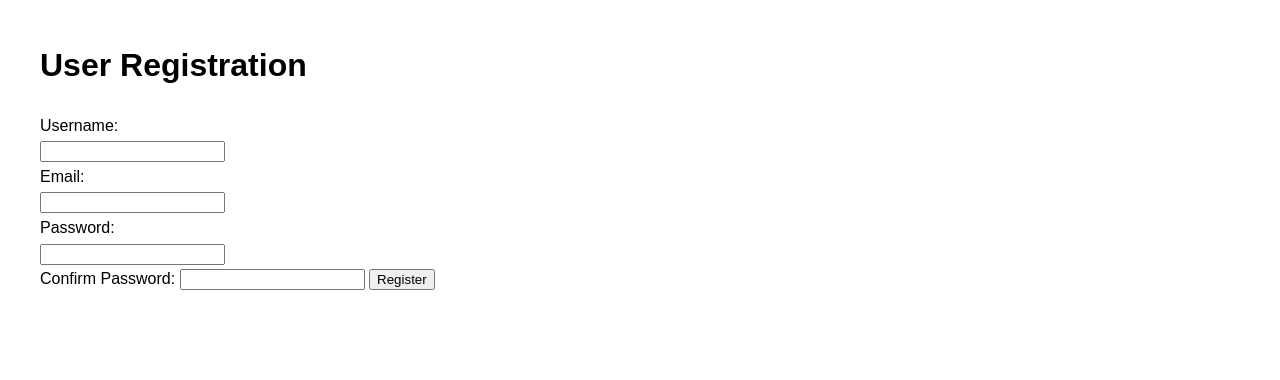
Repository: margo-m-chen/group_project
Page: user_registration.html
These files come from the project's save history. The page is drawn as it stood at one moment and after the next save; the edit follows.
The browser window is 1280 px wide. The pictures show the whole page.

Above is the page before, as saved 2025-07-21 15:06:42.

### user_registration.html
<!DOCTYPE html>
<html lang="en">

<head>
    <meta charset="UTF-8">
    <meta name="viewport" content="width=device-width, initial-scale=1.0">
    <title>User Registration</title>
    <link rel="stylesheet" href="style.css">
    <style>
        .error-message {
            color: red;
            font-size: 14px;
            margin-top: 5px;
            display: none;
        }

        .error-input {
            border: 2px solid red;
        }
    </style>
</head>

<body>
    <h1>User Registration</h1>
    <form id="regForm" action="register.form" method="POST" onsubmit="return validateForm()">
        <label for="username">Username:</label><br>
        <input type="text" id="username" name="username" required><br>


        <label for="email">Email:</label><br>
        <input type="email" id="email" name="email" required><br>


        <label for="password">Password:</label><br>
        <input type="password" id="password" name="password" required><br>
        <div class="error-message" id="password-error"></div>

        <label for="confirm_password">Confirm Password:</label>
        <input type="password" id="confirm_password" name="confirm_password" required>
        <div class="error-message" id="confirm-password-error"></div>

        <button type="submit">Register</button>
    </form>
    <script>
        function validateForm() {
            let hasError = false;
            // 先清除所有错误提示
            clearErrors();

            const password = document.getElementById('password').value;
            const confirmPassword = document.getElementById('confirm_password').value;

            // 验证密码长度
            if (password.length < 8) {
                showError('password', 'password-error', '密码长度至少8位');
                hasError = true;
            }
            // 验证密码匹配
            if (password !== confirmPassword) {
                showError('confirm_password', 'confirm-password-error', '两次密码输入不一致');
                hasError = true;
            }

            return !hasError;
        }

        function showError(inputId, messageId, message) {
            const input = document.getElementById(inputId);
            const errorDiv = document.getElementById(messageId);
            input.classList.add('error-input');
            errorDiv.style.display = 'block';
            errorDiv.innerText = message;
        }

        function clearErrors() {
            const errorInputs = document.querySelectorAll('.error-input');
            errorInputs.forEach(input => input.classList.remove('error-input'));

            const errorMessages = document.querySelectorAll('.error-message');
            errorMessages.forEach(div => {
                div.style.display = 'none';
                div.innerText = '';
            });
        }
    </script>

</body>

</html>

### style.css
body {
    font-family: Arial, sans-serif;
    margin: 40px;
    line-height: 1.6;

}

h2 {
    color: #15c60b;
}

p {
    font-family: Arial, Helvetica, sans-serif;
}

/* Image Slider Styles */
.slider-container {
    position: relative;
    max-width: 600px;
    margin: 20px auto;
    overflow: hidden;
    border-radius: 10px;
    box-shadow: 0 4px 8px rgba(0, 0, 0, 0.3);
}

.slider {
    display: flex;
    transition: transform 0.5s ease-in-out;
}

.slide {
    min-width: 100%;
    height: 400px;
}

.slide img {
    width: 100%;
    height: 100%;
    object-fit: cover;
}

.prev,
.next {
    position: absolute;
    top: 50%;
    transform: translateY(-50%);
    background-color: rgba(0, 0, 0, 0.5);
    color: white;
    border: none;
    padding: 16px;
    cursor: pointer;
    font-size: 18px;
    border-radius: 0 3px 3px 0;
    user-select: none;
}

.next {
    right: 0;
    border-radius: 3px 0 0 3px;
}

.prev:hover,
.next:hover {
    background-color: rgba(0, 0, 0, 0.8);
}

.dots-container {
    text-align: center;
    padding: 20px;
}

.dot {
    cursor: pointer;
    height: 15px;
    width: 15px;
    margin: 0 5px;
    background-color: #bbb;
    border-radius: 50%;
    display: inline-block;
    transition: background-color 0.3s ease;
}

.dot:hover,
.dot.active {
    background-color: #717171;
}

After the next save:
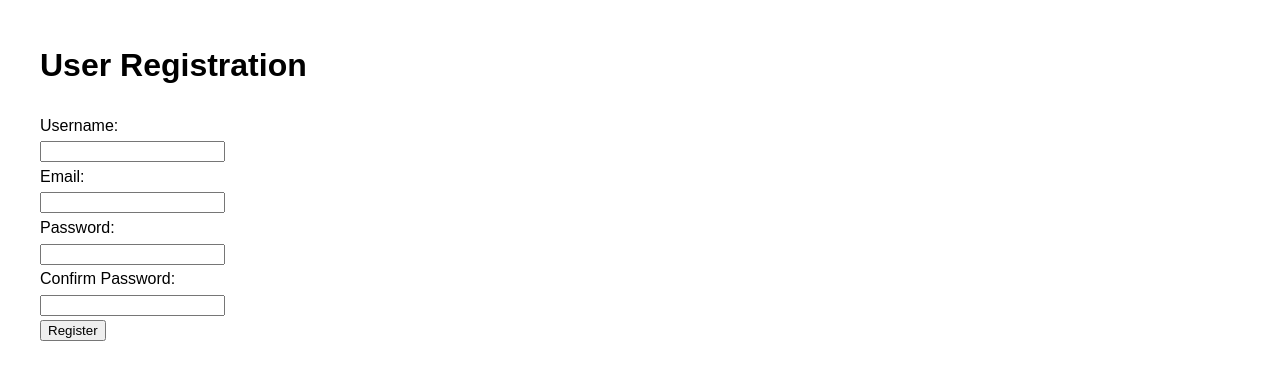
Saved 15 s later.
--- a/user_registration.html
+++ b/user_registration.html
@@ -35,8 +35,8 @@
         <input type="password" id="password" name="password" required><br>
         <div class="error-message" id="password-error"></div>
 
-        <label for="confirm_password">Confirm Password:</label>
-        <input type="password" id="confirm_password" name="confirm_password" required>
+        <label for="confirm_password">Confirm Password:</label><br>
+        <input type="password" id="confirm_password" name="confirm_password" required><br>
         <div class="error-message" id="confirm-password-error"></div>
 
         <button type="submit">Register</button>
